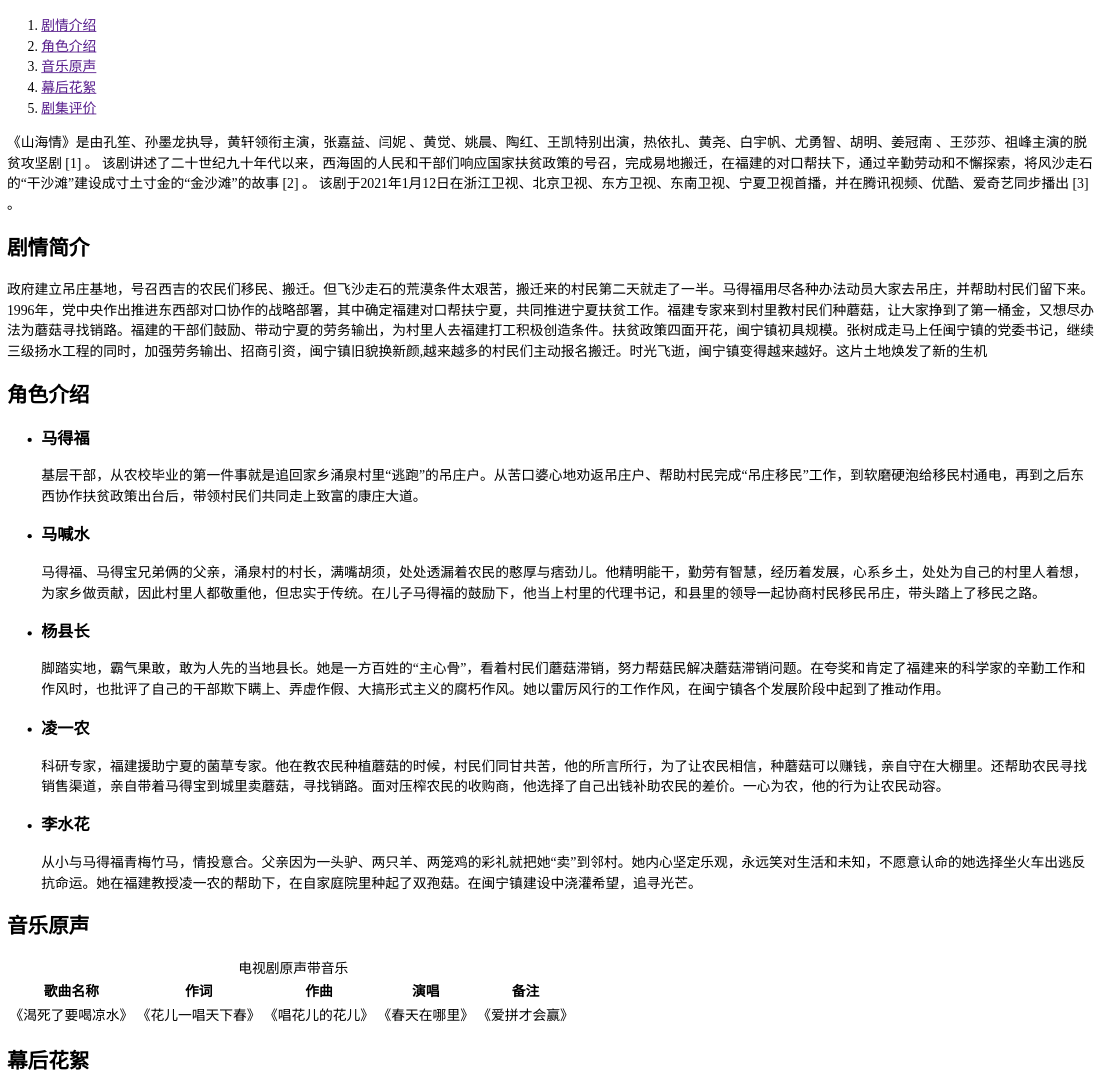
Repository: Lixianlai-2/static-website
Page: index.html
The author's editor kept a copy of each file at every save. The page is drawn from the files as they stood at one save, then again after the next save.
The browser window is 1280 px wide. The pictures show the whole page, at 86% of full size.

Above is the page before, as saved 2021-11-29 23:39:38.

After the next save:
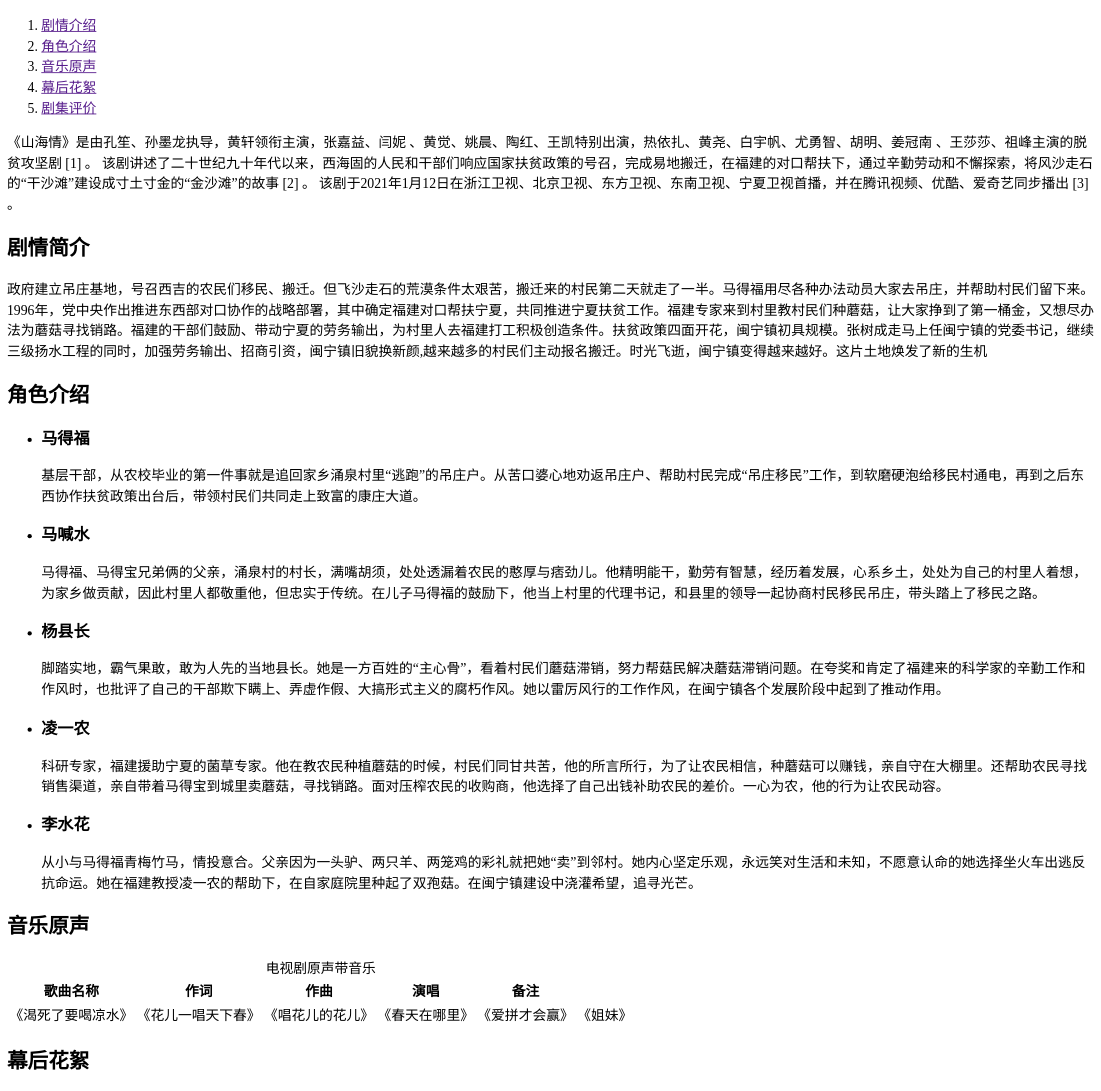
Saved 39 s later.
--- a/index.html
+++ b/index.html
@@ -91,12 +91,14 @@
         </tr>
       </thead>
       <tbody>
-        <td>《渴死了要喝凉水》</td>
-        <td>《花儿一唱天下春》</td>
-        <td>《唱花儿的花儿》</td>
-        <td>《春天在哪里》</td>
-        <td>《爱拼才会赢》</td>
-        <td></td>
+        <tr>
+          <td>《渴死了要喝凉水》</td>
+          <td>《花儿一唱天下春》</td>
+          <td>《唱花儿的花儿》</td>
+          <td>《春天在哪里》</td>
+          <td>《爱拼才会赢》</td>
+          <td>《姐妹》</td>
+        </tr>
       </tbody>
       <tfoot></tfoot>
     </table>
